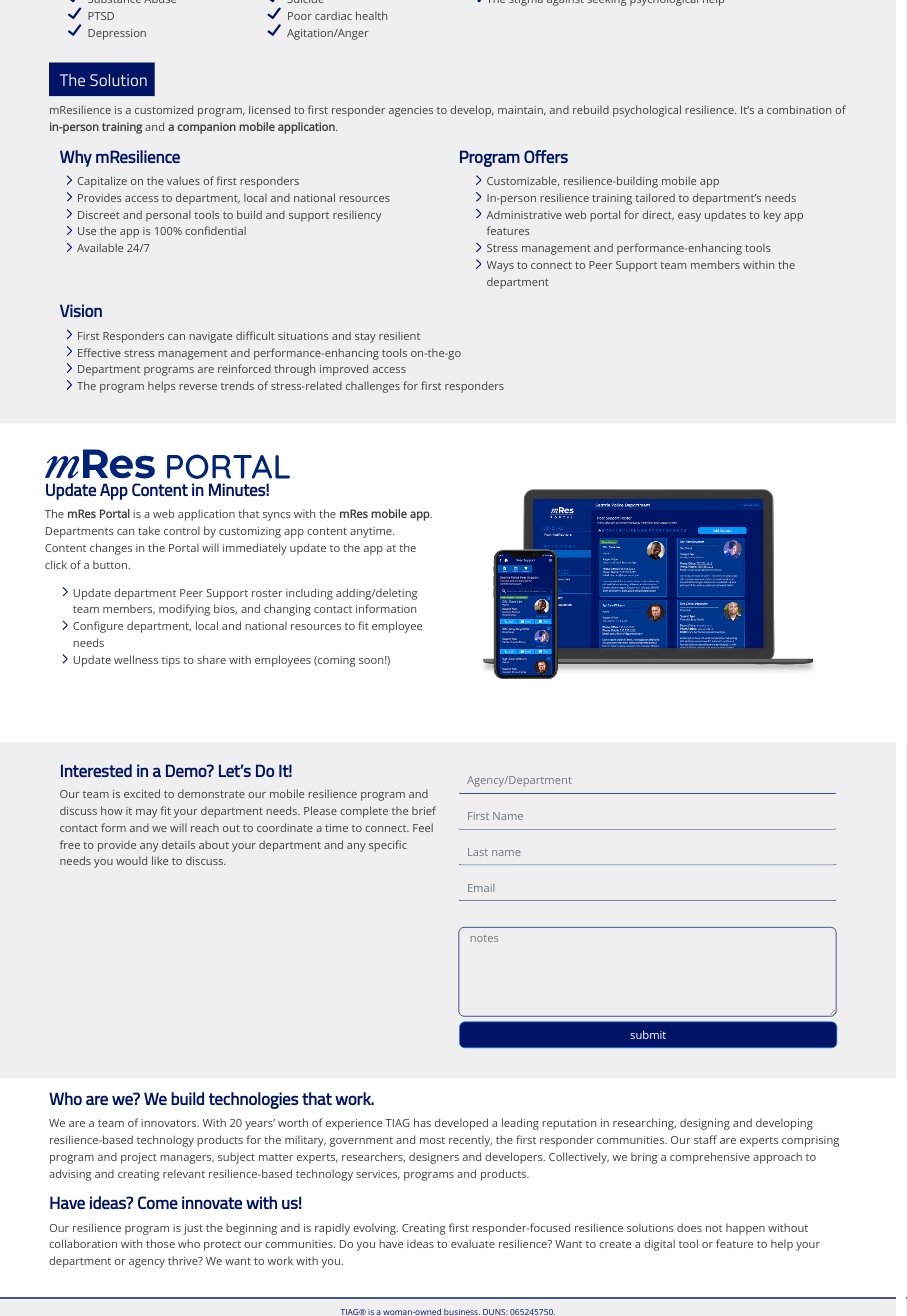
Repository: shenjune/mResilienceWebsite
Page: index.html
These files come from the project's save history. The page is drawn as it stood at one moment and after the next save; the edit follows.
The browser window is 1280 px wide. The page is 1295 px wide, so the pictures cover 1295 px, including what lies to the right of the window. The pictures show the part of the page from y = 1176 to 3056 px (the page is 3165 px tall before and 3141 px after), at 70% of full size.
Some web libraries are served in a nearby version.

Above is the page before, as saved 2019-11-09 13:00:04.

After the next save:
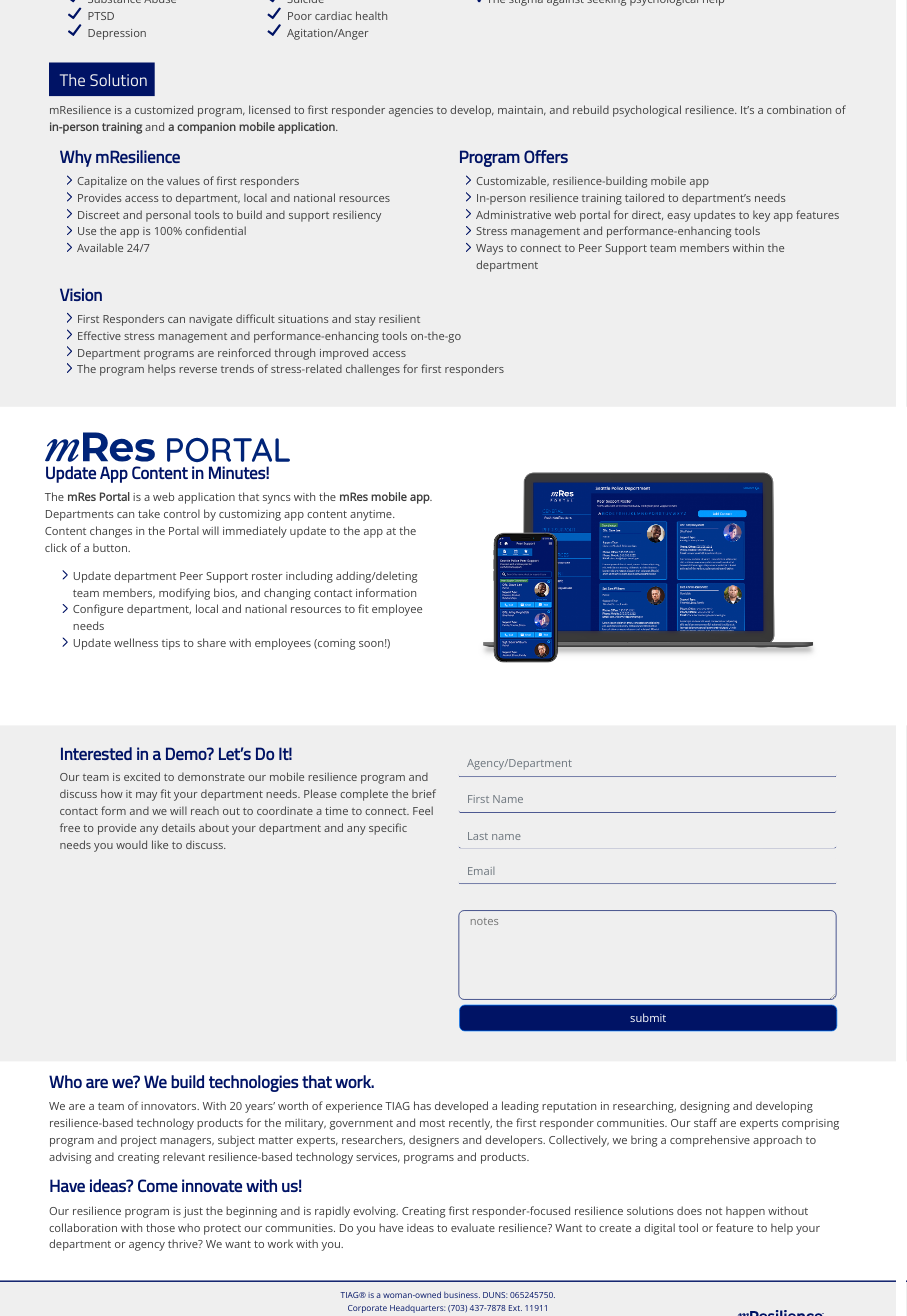
Saved 22 s later.
--- a/index.html
+++ b/index.html
@@ -185,18 +185,14 @@
 				<!-- <div id="programOffers"> -->
 					<div class="col-lg-6 ml-auto col-sm-12" id="programSubHeader">
 						<h4 class= "secondFont">Program Offers</h4>
-						<div class="row">
-							<div class="col-lg-12 col-sm-12">
-								<div id="offerBullets">
-									<ul class= "arrow">
-										<li>Customizable, resilience-building mobile app</li>
-										<li>In-person resilience training tailored to department’s needs</li>
-										<li>Administrative web portal for direct, easy updates to key app features</li>
-										<li>Stress management and performance-enhancing tools</li>
-										<li>Ways to connect to Peer Support team members within the department</li>
-									</ul>
-								</div>
-							</div>
+						<div class="row" id="offerBullets">
+							<ul class= "arrow">
+								<li>Customizable, resilience-building mobile app</li>
+								<li>In-person resilience training tailored to department’s needs</li>
+								<li>Administrative web portal for direct, easy updates to key app features</li>
+								<li>Stress management and performance-enhancing tools</li>
+								<li>Ways to connect to Peer Support team members within the department</li>
+							</ul>
 						</div>
 					</div>
 				</div>
